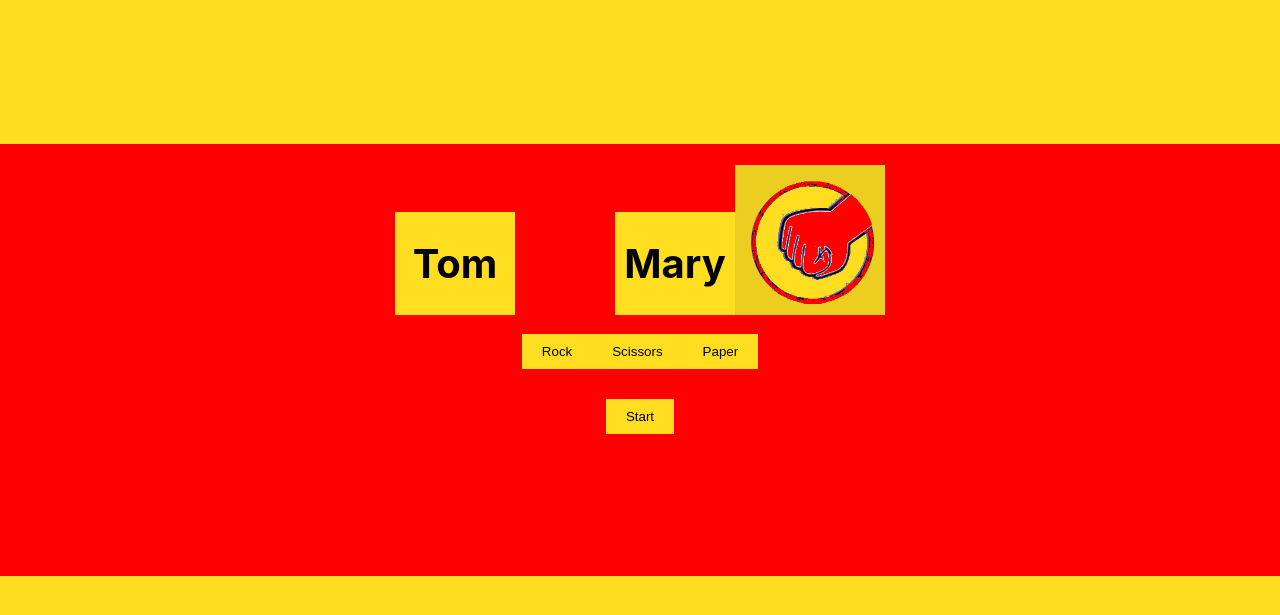
Repository: K009/Rock-Paper-Scissors
Page: /
An editor plug-in stored every save of this project. The page is shown before and after the next save, followed by the edit.
The browser window is 1280 px wide. The pictures show the whole page.
The pointer rests on the first visible `.weaponimg`.
The project was rebuilt for these pictures with package versions that can differ from the ones it lists, and the page was loaded fresh each time.

Above is the page before, as saved 2020-05-13 10:33:24.

### src/App.js
import React, { Component } from "react";
import "./App.css";
import Player from "./components/Player";
import rock from "./components/img/rock.png";

const weapon = ["rock", "paper", "scissors"];

class App extends Component {
  constructor() {
    super();
    this.state = {
      playerOne: weapon[0],
      playerTwo: weapon[0],
      winner: "",
    };
    this.state = { counter: 0 };
  }

  startGame = () => {
    let counter = 0;
    let gameInterval = setInterval(() => {
      //to make a delay
      counter++;
      console.log(counter);
      this.setState({
        playerTwo: weapon[Math.floor(Math.random() * weapon.length)],
        winner: "",
      });
      if (counter > 5) {
        clearInterval(gameInterval);
        this.setState({
          winner: this.selectWinner(),
        });
      }
    }, 100);
  };

  selectWinner = () => {
    const { playerOne, playerTwo } = this.state;
    console.log("Player One: " + playerOne + "Player Two: " + playerTwo);
    if (playerOne === playerTwo) {
      console.log("It's a tie");
      return "It's a tie";
    } else if (
      (playerOne === "rock" && playerTwo === "scissors") ||
      (playerOne === "paper" && playerTwo === "rock") ||
      (playerOne === "scissors" && playerTwo === "paper")
    ) {
      return "Player one wins!";
    } else {
      return "Player two wins!";
    }
  };

  selectWeapon = (weapon) => {
    //in argument it gets a value that is going to be set for playerOne
    this.setState({
      playerOne: weapon, //here it gets changed
      winner: "", //winner without any changes - still ""
    });
  };

  increment() {
    this.setState({
      counter: this.state.counter + 1,
    });
  }

  render() {
    const { playerOne, playerTwo, winner } = this.state;
    return (
      <div className="App">
        <div className="Header" />
        <div className="Main-part">
          <div className="Players">
            <Player playerName="Tom" weapon={playerOne} />
            <div className="break"> </div>
            <Player playerName="Mary" weapon={playerTwo} />
          </div>
          <img
            className="weaponimg"
            src={rock}
            onClick={() => this.selectWeapon("rock")}
            alt="Rock"
          />
          <div className="buttons">
            <button
              className="weapon"
              onClick={() => this.selectWeapon("rock")}
            >
              Rock
            </button>
            <button
              className="weapon"
              onClick={() => this.selectWeapon("scissors")}
            >
              Scissors
            </button>
            <button
              className="weapon"
              onClick={() => this.selectWeapon("paper")}
            >
              Paper
            </button>
          </div>
          <div className="winner">{winner ? this.selectWinner() : null}</div>
          <button className="weapon" onClick={this.startGame}>
            Start
          </button>
        </div>
        <footer />
      </div>
    );
  }
}

export default App;

### src/App.css
.Header {
  min-height: 20vh;
  text-align: center;
  justify-content: space-around;
  background-color: #ffde22;
  display: flex;
  flex-wrap: wrap;
}

.Main-part {
  background-color: red;
  min-height: 60vh;
  text-align: center;
}

.Players {
  text-align: center;
  display: inline-block;
}

.break {
  width: 100px;
  min-height: 20vh;
  background-color: red;
  float: left;
}

.weaponimg {
  width: 150px;
  height: 150px;
}

.weaponimg:hover {
  background-color: #ecce20;
}

.weapon {
  background: #ffde22;
  margin-top: 15px;
  border: none;
  padding: 10px 20px;
  color: black;
}

.weapon:hover {
  background: #ecce20;
  cursor: pointer;
}

.winner {
  color: #ffde22;
  font-size: 20px;
  margin-top: 15px;
}

footer {
  min-height: 20vh;
  background-color: #ffde22;
  width: 100%;
  position: absolute;
  left: 0;
  bottom: 0;
}

### src/components/Player.js
import React from "react";
import style from "./player.module.css";

const Player = ({ playerName }) => {
  return (
    <div className={style.player}>
      <h1>{playerName}</h1>
    </div>
  );
};

export default Player;

### src/components/player.module.css
.player {
  background-color: #ffde22;
  font-size: 20px;
  text-align: center;
  width: 120px;
  float: left;
  margin-top: 20%;
}

Loaded but not shown: public/index.html (common file); src/index.js (common file); src/index.css (common file); src/serviceWorker.js (common file); public/manifest.json (common file)

After the next save:
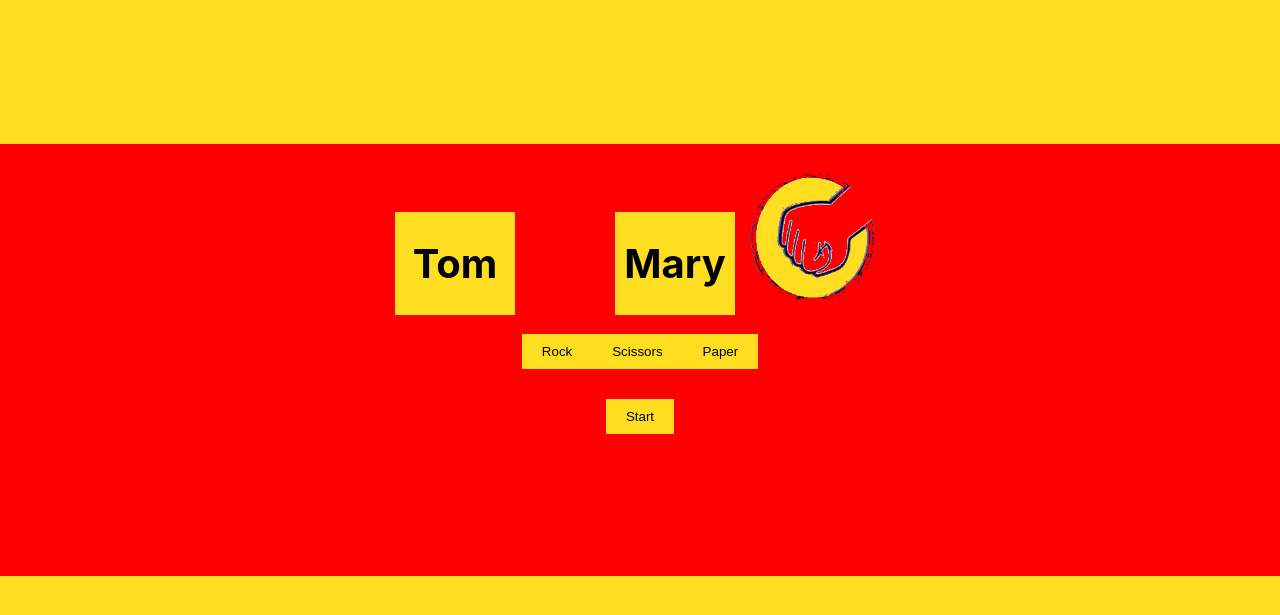
Saved 9 s later.
--- a/src/App.css
+++ b/src/App.css
@@ -31,7 +31,7 @@
 }
 
 .weaponimg:hover {
-  background-color: #ecce20;
+  height: 160px;
 }
 
 .weapon {
